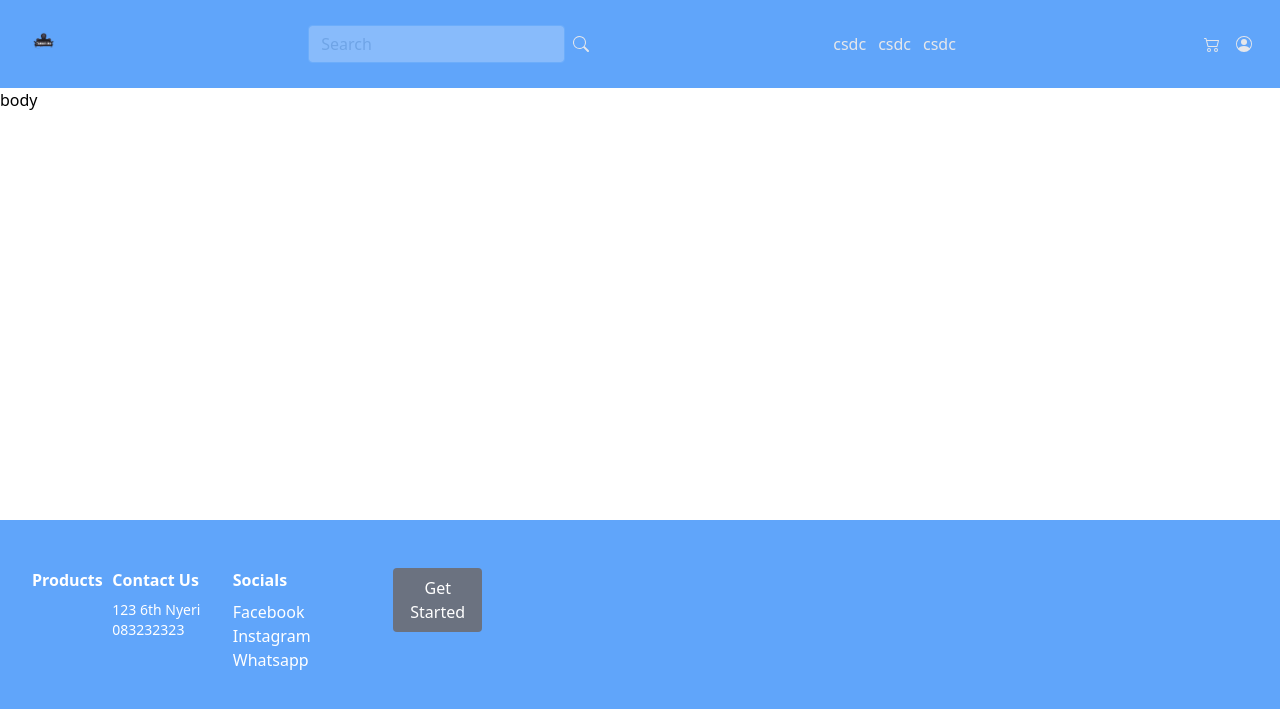
Repository: DevLaukey/Jitu-final
Page: / (app in frontend/)
The author's editor kept a copy of each file at every save. The page is drawn from the files as they stood at one save, then again after the next save.
The browser window is 1280 px wide. The pictures show the whole page.
The project was rebuilt for these pictures with package versions that can differ from the ones it lists, and the page was loaded fresh each time.

Above is the page before, as saved 2022-07-13 14:27:02.

After the next save:
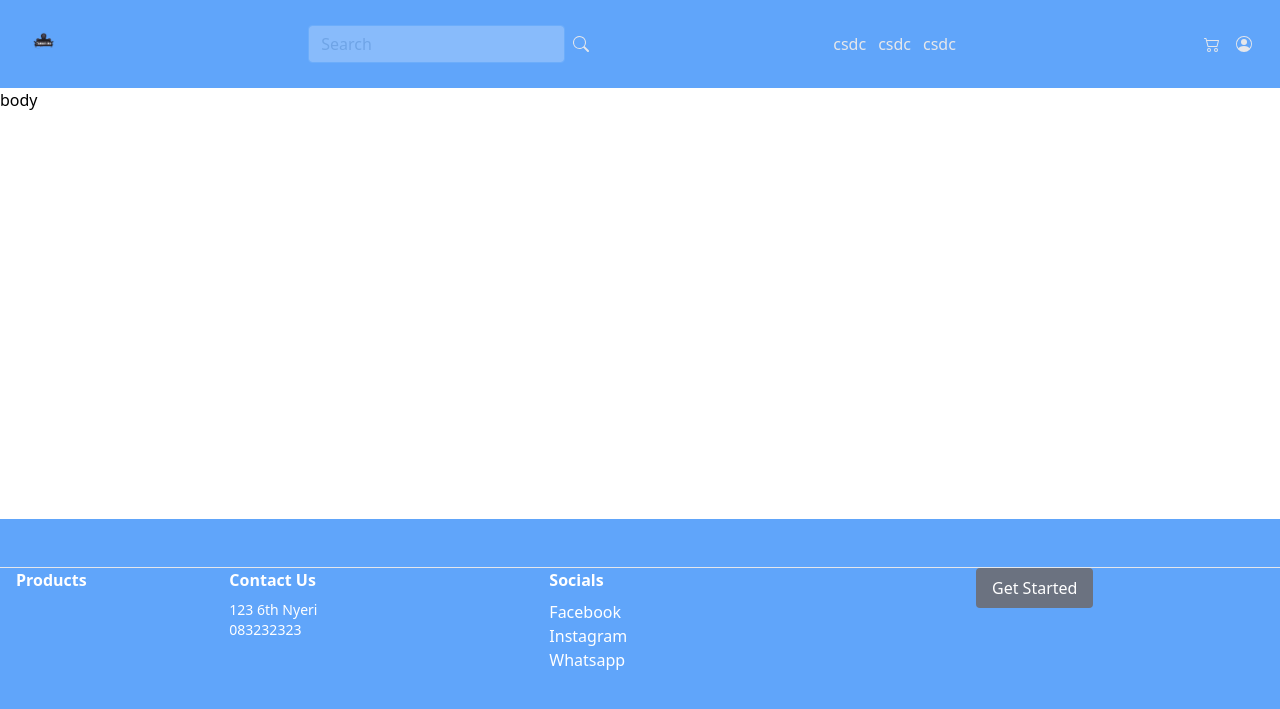
Saved 16 s later.
--- a/frontend/src/components/Footer.js
+++ b/frontend/src/components/Footer.js
@@ -3,7 +3,7 @@ import React from "react";
 function Footer() {
   return (
     <footer class="footer-1 fixed w-full bottom-0 text-white bg-blue-400 py-8 sm:py-12">
-      <div class="flex w-max justify-between px-4 ">
+        <div class="sm:flex w-full justify-between sm:flex-wrap border-t">
           <div class="sm:w-full px-4 md:w-1/6">
             <strong>Products</strong>
           </div>
@@ -28,7 +28,7 @@ function Footer() {
               Get Started
             </button>
           </div>
-        </div>
+      </div>
     </footer>
   );
 }
